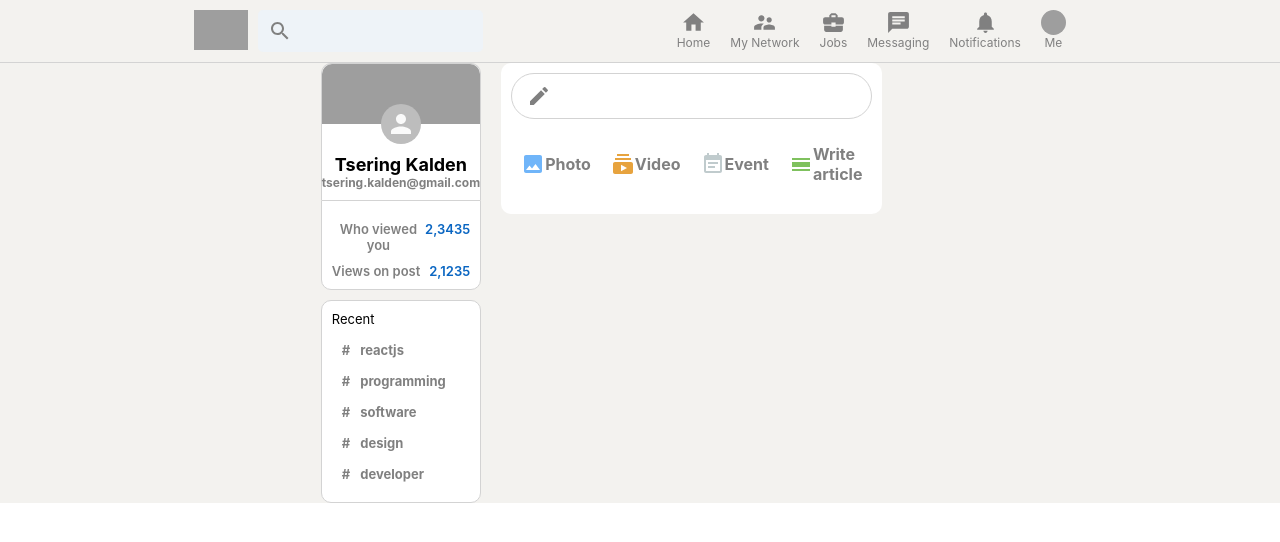
Repository: exiled-kal/linkedInreact-redux
Page: /
An editor plug-in stored every save of this project. The page is shown before and after a run of saves, followed by the edit.
The browser window is 1280 px wide. The pictures show the whole page.
Pictures or frames that could not be fetched are drawn as grey boxes. The project was rebuilt for these pictures with package versions that can differ from the ones it lists, and the page was loaded fresh each time.

Above is the page before, as saved 2020-12-22 21:02:08.

After the next 2 saves:
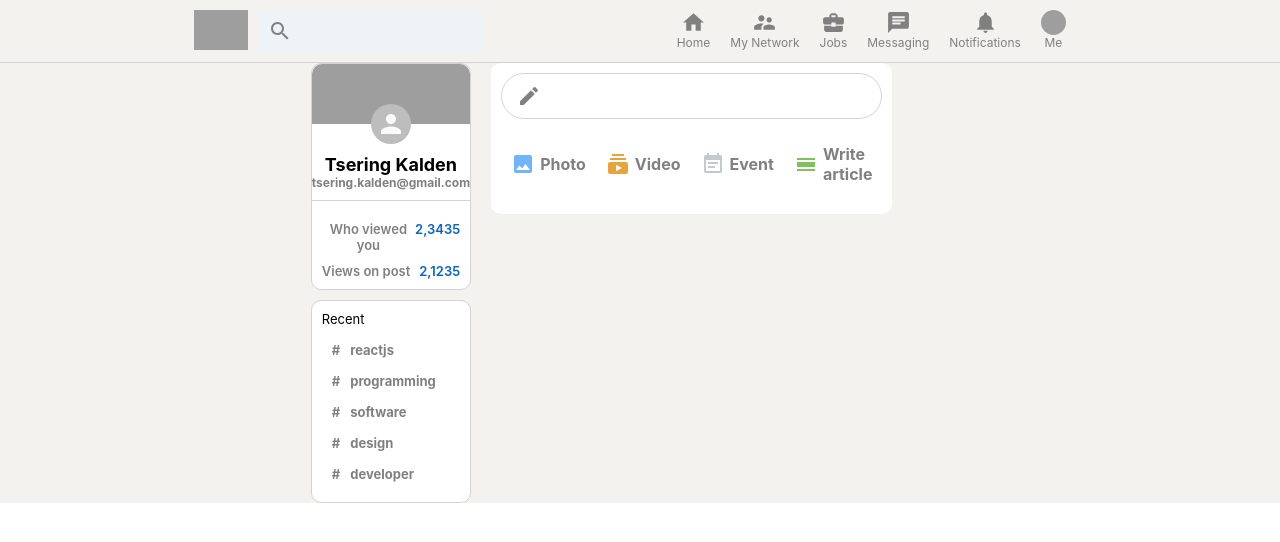
The 2 saves are shown as one change because they came seconds apart.
The last was saved 9 s later.
--- a/src/InputOption.css
+++ b/src/InputOption.css
@@ -13,5 +13,5 @@
 }
 
 .inputOption > h4 {
-    margin-left: ;
+    margin-left: 5px;
 }
